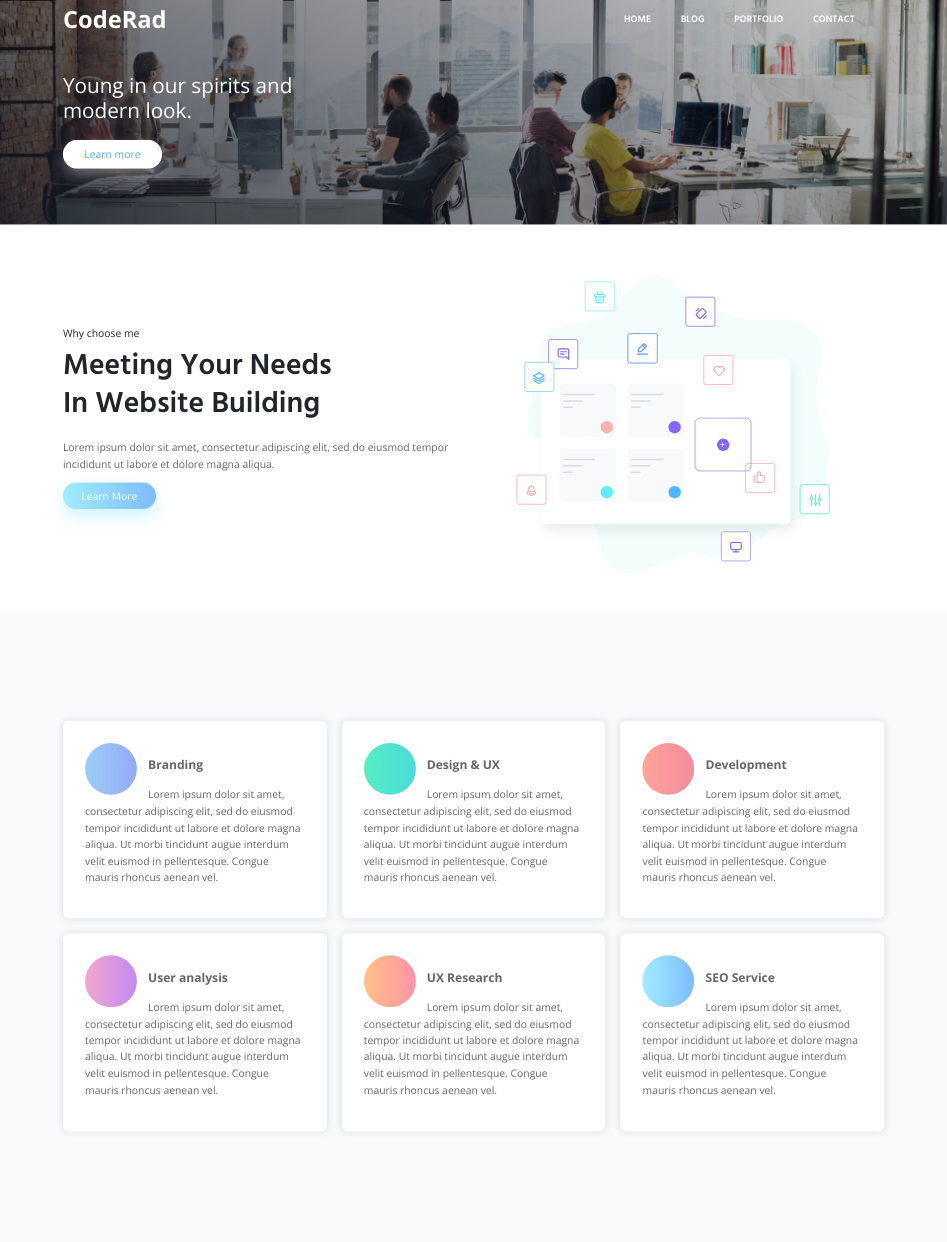
Repository: Sc-Juju/CodeRad
Page: index.html
An editor plug-in stored every save of this project. The page is shown before and after the next save, followed by the edit.
The browser window is 1280 px wide. The pictures show the whole page, at 74% of full size.

Above is the page before, as saved 2022-11-10 11:18:13.

After the next save:
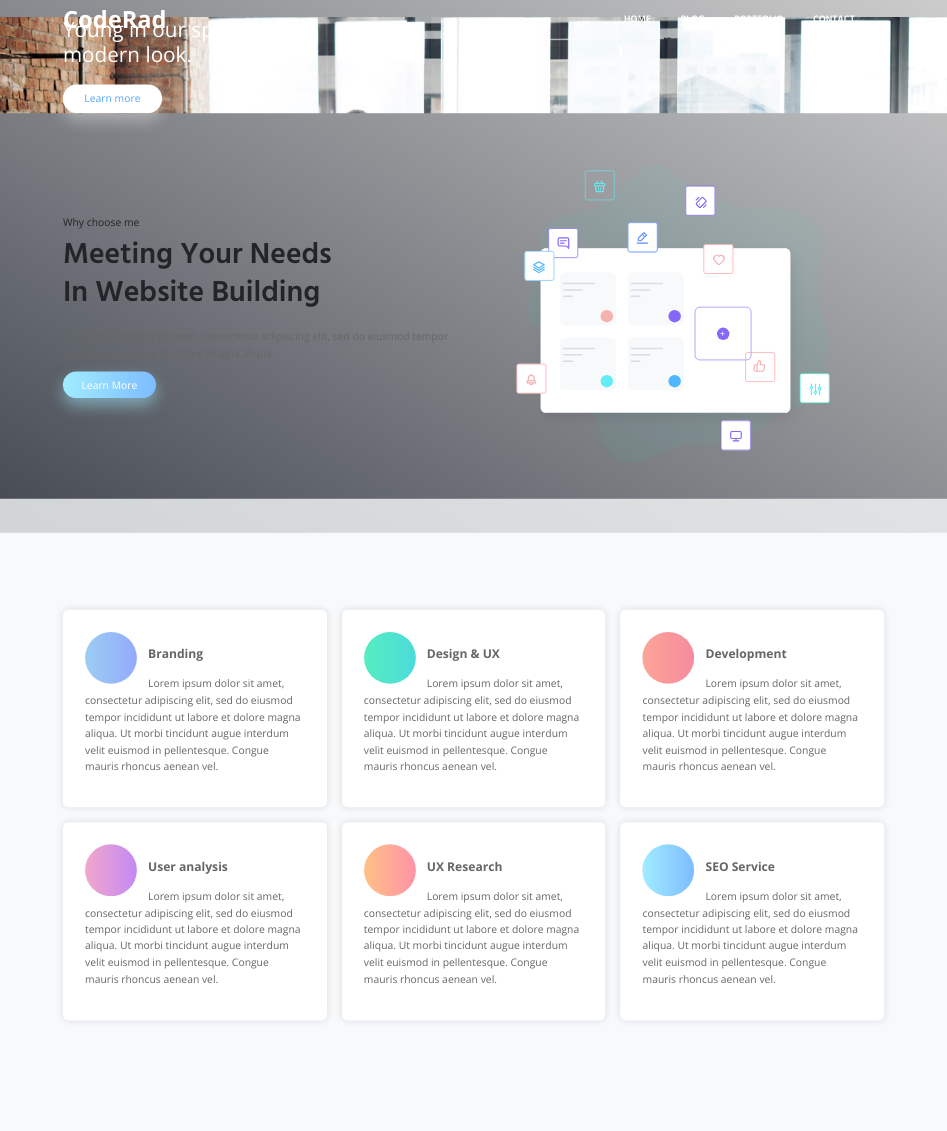
Saved 3 h 6 min later.
--- a/css/styles.css
+++ b/css/styles.css
@@ -26,8 +26,8 @@
     color: var(--white);
 
 }
-.bg-header{
-    background-image: url(../CodeRad-assets/bg-header-1.jpg);
+.bg-header
+.video-demo{
     background-color: var(--footer);
     background-repeat: no-repeat;
     background-size: cover;
@@ -36,6 +36,7 @@
     z-index: 1;
     padding: 4.6875rem 0;
 }
+.bg-header{background-image: url(../CodeRad-assets/bg-header-1.jpg);}
 .bg-header::before{
     background-image: linear-gradient(30deg,
     rgba(21,27,38, .8)0%,
